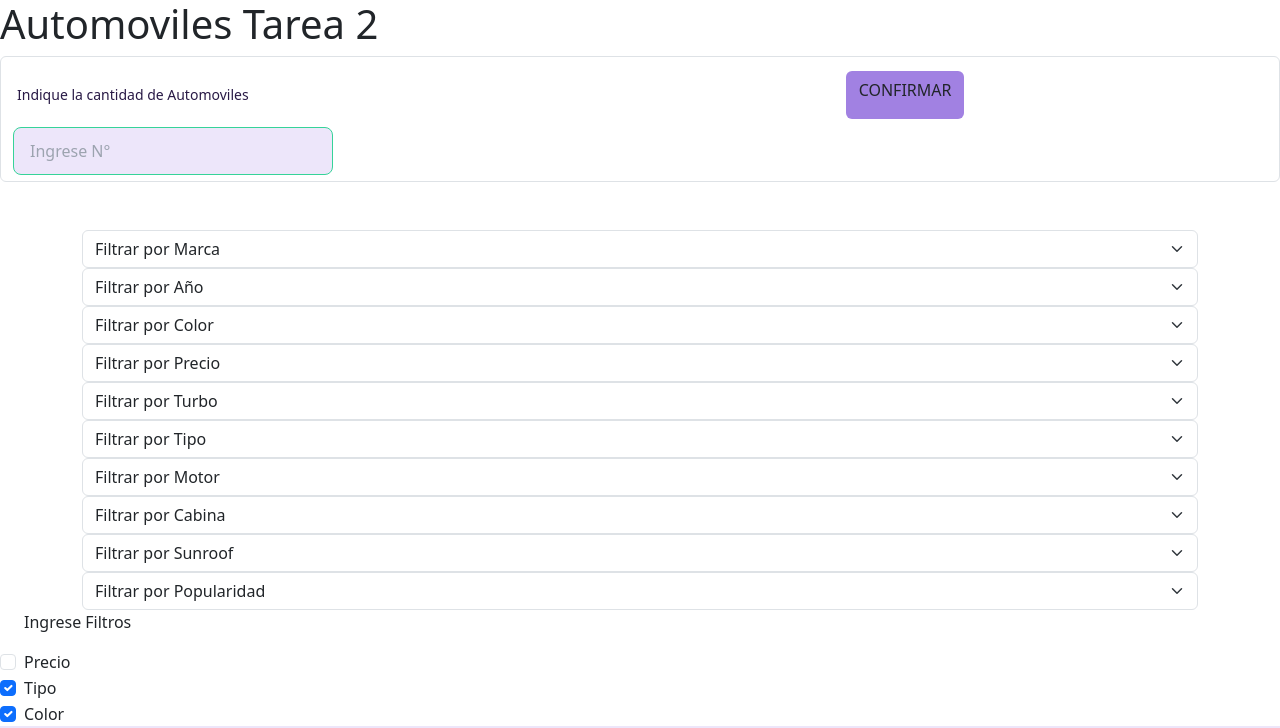
Repository: Claudioxs/Tarea2
Page: /automovil (app in FrontEnd/vue-project/)
These files come from the project's save history. The page is drawn as it stood at one moment and after the next save; the edit follows.
The browser window is 1280 px wide. The pictures show the whole page.
The project was rebuilt for these pictures with package versions that can differ from the ones it lists, and the page was loaded fresh each time. Also part of the build but not shown: FrontEnd/vue-project/vite.config.js, FrontEnd/vue-project/src/components/HelloWorld.vue.

Above is the page before, as saved 2023-05-22 22:38:48.

After the next save:
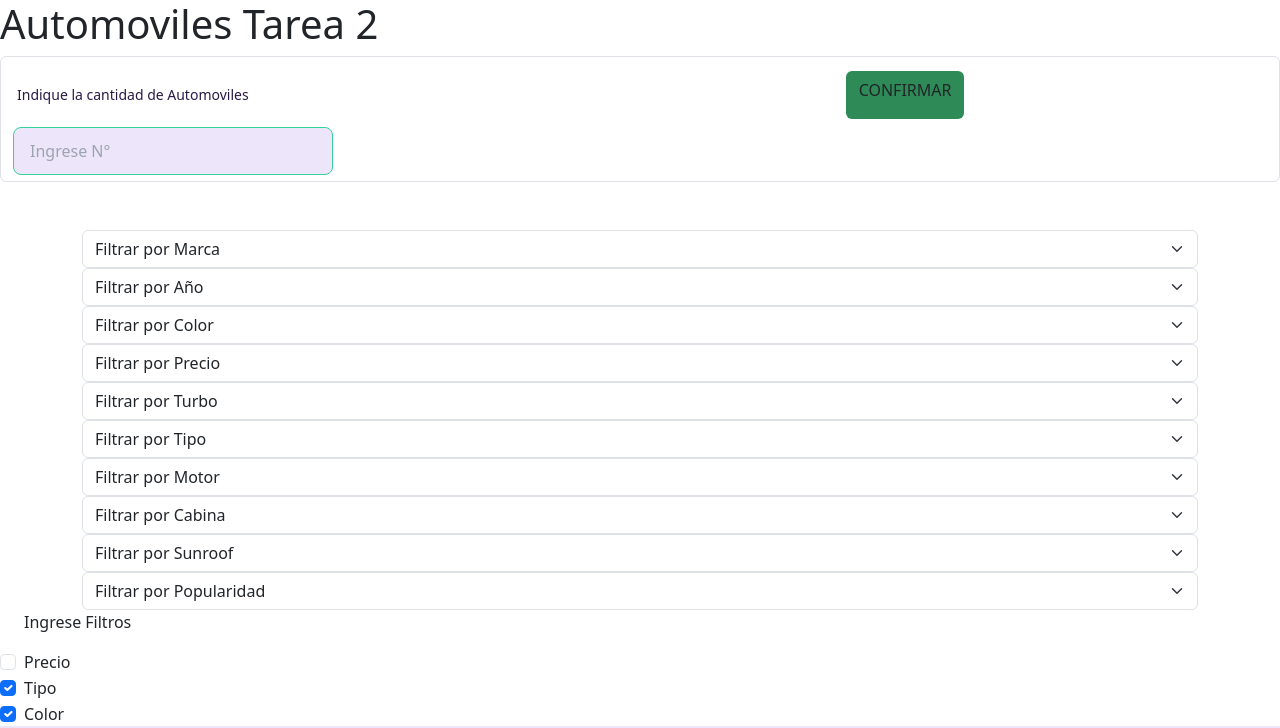
Saved 13 min 38 s later.
--- a/FrontEnd/vue-project/src/views/Automovil.vue
+++ b/FrontEnd/vue-project/src/views/Automovil.vue
@@ -7,7 +7,7 @@
 <div class="form-control ">
   <label class="label">
     <span class="label-text">Indique la cantidad de Automoviles </span> <br>
-    <label for="ModalBorrar"  @click="crearAutomovil(label-text)" class="btn" style="background-color: #A181E2">Confirmar</label>
+    <label for="ModalBorrar"  @click="crearAutomovil(label-text)" class="btn" style="background-color: seagreen">Confirmar</label>
     <br><br>
 
   </label>
